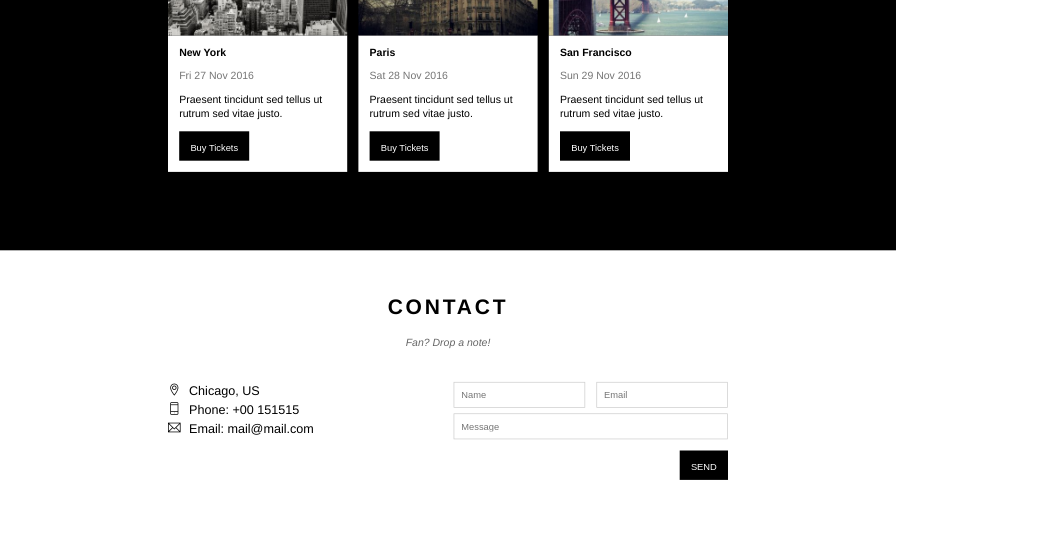
Repository: phongngotrong/w3school_reup
Page: index.html
The author's editor kept a copy of each file at every save. The page is drawn from the files as they stood at one save, then again after the next save.
The browser window is 1280 px wide. The page is 1280 px wide, then 1489 px, so the pictures cover 1489 px, including what lies to the right of the window. The pictures show the part of the page from y = 1791 to 3431 px (the page is 2589 px tall before and 3431 px after), at 70% of full size.

Above is the page before, as saved 2021-12-24 14:31:44.

### index.html
<!DOCTYPE html>
<html lang="en">
  <head>
    <meta charset="UTF-8" />
    <meta http-equiv="X-UA-Compatible" content="IE=edge" />
    <meta name="viewport" content="width=device-width, initial-scale=1.0" />
    <title>W3.CSS Template</title>
    <link rel="stylesheet" href="./assets/css/style.css" />
    <link rel="stylesheet" href="./assets/fonts/themify-icons/themify-icons.css">
  </head>
  <body>
    <div id="main">
      <div id="header">
        <!--Begin: Nav-->
        <ul id="nav">
          <li><a href="">Home</a></li>
          <li><a href="">Band</a></li>
          <li><a href="">Tour</a></li>
          <li><a href="">Contact</a></li>
          <li>
            <a href="">
              More
              <i class="nav-arrow-down ti-angle-down"></i>
            </a>
            <ul class="subnav">
              <ul>
                <li><a href="">Merchandise</a></li>
                <li><a href="">Extras</a></li>
                <li><a href="">Media</a></li>
              </ul>
            </ul>
          </li>
        </ul>
        <!--End: Nav-->

        <!--Begin: Search-->
        <div class="search-btn">
          <i class="search-icon ti-search"></i>
        </div>
        <!--End: Search-->
      </div>

      <div id="slider">
        <div class="text-content">
          <h2 class="text-heading">Chicago</h2>
          <div class="text-description">
            Thank you, Chicago - A night we won't forget.
          </div>
        </div>
      </div>

      <div id="content">
        <!--content section-->
        <div class="content-section">
          <h2 class="section-heading">THE BAND</h2>
          <p class="section-sub-heading">We love music</p>
          <p class="about-text">
            We have created a fictional band website. Lorem ipsum dolor sit
            amet, consectetur adipiscing elit, sed do eiusmod tempor incididunt
            ut labore et dolore magna aliqua. Ut enim ad minim veniam, quis
            nostrud exercitation ullamco laboris nisi ut aliquip ex ea commodo
            consequat. Duis aute irure dolor in reprehenderit in voluptate velit
            esse cillum dolore eu fugiat nulla pariatur. Excepteur sint occaecat
            cupidatat non proident, sunt in culpa qui officia deserunt mollit
            anim id est laborum consectetur adipiscing elit, sed do eiusmod
            tempor incididunt ut labore et dolore magna aliqua. Ut enim ad minim
            veniam, quis nostrud exercitation ullamco laboris nisi ut aliquip ex
            ea commodo consequat.
          </p>
          <div class="row list-member">
            <!--member1-->
            <div class="col col-third text-center">
              <p class="member-name">Name</p>
              <img
                src="./assets/img/member.jpg"
                alt="Name"
                class="avt-member"
              />
            </div>

            <!--member2-->
            <div class="col col-third text-center">
              <div class="member-name">Name</div>
              <img
                src="./assets/img/member.jpg"
                alt="Name"
                class="avt-member"
              />
            </div>
            <!--member3-->

            <div class="col col-third text-center">
              <div class="member-name">Name</div>
              <img
                src="./assets/img/member.jpg"
                alt="Name"
                class="avt-member"
              />
            </div>
            <!-- <div class="clear"></div> -->
          </div>
        </div>
        <!--tour section-->
        <div class="tour-section">
          <div class="content-section">
            <h2 class="section-heading text-white">TOUR DATES</h2>
            <p class="section-sub-heading text-white">
              Remember to book your tickets!
            </p>
            <!-- tickets -->
            <ul class="tickets-list">
              <li>September <span class="sold-out">Sold out</span></li>
              <li>October <span class="sold-out">Sold out</span></li>
              <li>November <span class="quantity">3</span></li>
            </ul>
            <div class="row places-list">
              <!-- place1 -->
              <div class="col col-third">
                <img
                  src="./assets/img/newyork.jpg"
                  alt="New York"
                  class="place-img"
                />
                <div class="places-body">
                  <h3 class="places-heading">New York</h3>
                  <p class="places-time">Fri 27 Nov 2016</p>
                  <p class="place-description">
                    Praesent tincidunt sed tellus ut rutrum sed vitae justo.
                  </p>
                  <button class="btn js-buy-ticket">Buy Tickets</button>
                </div>
              </div>
              <!-- place2 -->

              <div class="col col-third">
                <img
                  src="./assets/img/paris.jpg"
                  alt="New York"
                  class="place-img"
                />
                <div class="places-body">
                  <h3 class="places-heading">Paris</h3>
                  <p class="places-time">Sat 28 Nov 2016</p>
                  <p class="place-description">
                    Praesent tincidunt sed tellus ut rutrum sed vitae justo.
                  </p>
                  <button class="btn js-buy-ticket">Buy Tickets</button>
                </div>
              </div>
              <!-- place3 -->

              <div class="col col-third">
                <img
                  src="./assets/img/sanfran.jpg"
                  alt="New York"
                  class="place-img"
                />
                <div class="places-body">
                  <h3 class="places-heading">San Francisco</h3>
                  <p class="places-time">Sun 29 Nov 2016</p>
                  <p class="place-description">
                    Praesent tincidunt sed tellus ut rutrum sed vitae justo.
                  </p>
                  <button class="btn js-buy-ticket">Buy Tickets</button>
                </div>
              </div>
              <!-- <div class="clear"></div> -->
            </div>
          </div>
        </div>

        <!--contact section-->
        <div class="content-section">
          <h2 class="section-heading">CONTACT</h2>
          <p class="section-sub-heading">Fan? Drop a note!</p>

          <div class="row contact-content">
            <div class="col col-half contact-info">
              <p><i class="ti-location-pin"></i>Chicago, US</p>
              <p><i class="ti-mobile"></i>Phone: +00 151515</p>
              <p><i class="ti-email"></i>Email: mail@mail.com</p>
            </div>
            <div class="col col-half contact-form">
              <form action="">
                <div class="row">
                  <div class="col col-half">
                      <input type="text" name="" required placeholder="Name" id="" class="form-control">
                  </div>
                  <div class="col col-half">
                    <input type="email" name="" required placeholder="Email" id="" class="form-control">
                </div>
                </div>
                <div class="row mt-8">
                  <div class="col col-full">
                    <input type="text" name="" required placeholder="Message" id="" class="form-control">
                </div>
                </div>
                <input class="btn pull-right mt-16" type="submit" value="SEND">
              </form>
            </div>
          </div>
        </div>
      </div>

      <div id="footer"></div>
    </div>

    <div class="modal js-modal">
      <div class="modal-container js-modal-container">
        <div class="modal-close js-modal-close">
          <i class="ti-close"></i>
        </div>
        <header class="modal-header">
          <i class="icon-ti-bag-header ti-bag"></i>
          Tickets
        </header>

        <div class="modal-body">
          <label for="tickets-quantity" class="modal-label">
            <i class="ti-shopping-cart"></i>
            Tickets, $15 per person
          </label>
          <input
            id="tickets-quantity"
            type="text"
            class="modal-input"
            placeholder="How many?"
          />

          <label for="tickets-email" class="modal-label">
            <i class="ti-user"></i>
            Send To
          </label>
          <input
            id="tickets-email"
            type="email"
            class="modal-input"
            placeholder="Enter email "
          />

          <button id="buy-tickets">
            PAY<i class="icon-ti-check-footer ti-check"></i>
          </button>
        </div>

        <footer class="modal-footer">
          <p class="modal-help">Need <a href="">help?</a></p>
        </footer>
      </div>
    </div>

    <script>
      const buyBtns = document.querySelectorAll('.js-buy-ticket')
      const modal = document.querySelector('.js-modal')
      const modalContainer = document.querySelector('.js-modal-container')
      const modalClose = document.querySelector('.js-modal-close')

      // hàm hiển thị modal mua vé(thêm class open vào modal)
      function showBuyTickets() {
        modal.classList.add('open')
      }

      // hàm ẩn modal mua vé(gỡ bỏ class open của modal)
      function hideBuyTickets() {
        modal.classList.remove('open')
      }

      // lặp qua từng thẻ button và nghe hành vi click
      for(const buyBtn of buyBtns) {
        buyBtn.addEventListener('click', showBuyTickets)
      }

      // nghe hành vi click vào button close
      modalClose.addEventListener('click', hideBuyTickets)

      modal.addEventListener('click', hideBuyTickets)

      modalContainer.addEventListener('click', function(event){
        event.stopPropagation()
      })

    </script>
  </body>
</html>

### assets/css/style.css
/* Reset CSS */

* {
  padding: 0;
  margin: 0;
  box-sizing: border-box;
}

html {
  font-family: Helvetica, Arial, sans-serif;
}
/*
  -Từ trên xuống dưới
  -Từ ngoài vào trong
  -Tổng quan đến chi tiết
  */

/*
  1. Vi tri
  2. Kich thuoc
  3. Mau sac
  4. Kieu dang (kieu chu, hinh tron, vuong...)
  */

/* Common */
.text-center {
  text-align: center !important;
}

.row {
  margin-left: -8px;
  margin-right: -8px;
}

/* Tạo element giả */
.row::after {
  content: "";
  display: block;
  clear: both;
}
/*.................*/

.col {
  float: left;
  padding-left: 8px;
  padding-right: 8px;
}

.col-full {
  width: 100%;
}

.col-half {
  width: 50%;
}

.col-third {
  width: 33.33333%;
}

.pull-right {
  float: right;
}

.btn {
  background-color: #000;
  color: #fff;
  text-decoration: none;
  display: inline-block;
  padding: 11px 16px;
  margin-top: 15px;
  padding-top: 16px;
  cursor: pointer;
  border: none;
}

.btn:hover {
  background-color: #ccc;
  color: #000;
}

.mt-8 {
  margin-top: 8px !important;
}

.mt-16 {
  margin-top: 16px !important;
}

.clear {
  clear: both;
}

/* .row::after {
    clear: both;
    display: block;
    content: "";
  } */

.text-white {
  color: #fff !important;
}

/* Main */
#main {
}

#header {
  position: fixed;
  top: 0;
  left: 0;
  right: 0;
  height: 46px;
  background-color: #000;
  z-index: 1;
}

#nav {
  display: inline-block;
}

li {
  list-style-type: none;
}

#nav > li {
  display: inline-block;
}

#nav li {
  position: relative;
}

#nav > li > a {
  color: #fff;
  text-transform: uppercase;
}

#nav li a {
  text-decoration: none;
  line-height: 46px;
  padding: 0 24px;
  display: block;
}

#nav li:hover .subnav {
  display: block;
}

#nav > li:hover > a,
#nav .subnav li:hover a {
  color: #000;
  background-color: #ccc;
}

#nav .subnav {
  display: none;
  min-width: 160px;
  position: absolute;
  background-color: #fff;
  box-shadow: 0 0 10px rgba(0, 0, 0, 0.3);
}

#nav .subnav a {
  color: #000;
  padding: 0 12px;
  line-height: 38px;
}

#nav .nav-arrow-down {
  font-size: 12px;
}

#header .search-btn {
  float: right;
  padding: 0 20px;
  cursor: pointer;
}

#header .search-btn:hover {
  background-color: #f44336;
}

#header .search-icon {
  color: #fff;
  font-size: 20px;
  line-height: 46px;
}

#slider {
  position: relative;
  margin-top: 46px;
  padding-top: 50%;
  background: url("/assets/img/slider.jpg") top center / cover no-repeat;
}

#slider .text-content {
  position: absolute;
  bottom: 47px;
  color: #fff;
  width: 100%;
  text-align: center;
}

#slider .text-heading {
  font-weight: 500;
  font-size: 24px;
}

#slider .text-description {
  font-size: 15px;
  margin-top: 25px;
}

#content {
}

#content .content-section {
  width: 800px;
  padding: 64px 0 112px;
  margin-right: auto;
  margin-left: auto;
}

#content .section-heading {
  text-align: center;
  font-size: 30px;
  letter-spacing: 4px;
}

#content .section-sub-heading {
  font-size: 15px;
  text-align: center;
  margin-top: 25px;
  font-style: italic;
  opacity: 0.6;
}

#content .about-text {
  font-size: 15px;
  margin-top: 15px;
  text-align: justify;
  line-height: 1.4;
}

#content .member-name {
  font-size: 16px;
}

#content .list-member {
  margin-top: 48px;
  /* margin-bottom: 48px;
    overflow: hidden;  */
}

/* #content .item-member {
    float: left;
    width: 33.33333%;
    text-align: center;
  } */

#content .avt-member {
  margin-top: 15px;
  width: 154px;
  border-radius: 4px;
}

/* tour section */
.tour-section {
  background-color: #000;
}
.tickets-list {
  background-color: #fff;
  margin-top: 40px;
  list-style: none;
}

.tickets-list li {
  color: #757575;
  font-size: 15px;
  padding: 11px 16px;
  border-bottom: 1px solid #ddd;
}

.tickets-list .sold-out {
  background-color: #f44336;
  color: #fff;
  padding: 3px 4px;
  margin-left: 16px;
}

.tickets-list .quantity {
  float: right;
  width: 24px;
  height: 24px;
  background-color: #000;
  color: #fff;
  border-radius: 50%;
  line-height: 24px;
  text-align: center;
  margin-top: -3px;
}

/* Places */
.places-list {
  margin-top: 32px;
}

/* .places-item {
    float: left;
    width: 33.33333%;
    padding: 0 8px;
  } */

.place-img {
  width: 100%;
  display: block;
}

.place-img:hover {
  opacity: 0.6;
}

.places-body {
  padding: 16px;
  font-size: 15px;
  background-color: #fff;
}

.places-heading {
  font-size: 15px;
}

.places-time {
  padding-top: 15px;
  color: #757575;
}

.place-description {
  padding-top: 15px;
  line-height: 1.4;
}

.modal {
  position: fixed;
  top: 0;
  bottom: 0;
  right: 0;
  left: 0;
  background-color: rgba(0, 0, 0, 0.4);
  display: none;
  align-items: center;
  justify-content: center;
}

.modal.open {
  display: flex;
}

.modal-container {
  background-color: #fff;
  width: 900px;
  min-height: 200px;
  position: relative;
  max-width: calc(100% -32px);
  animation: modalFadeIn ease 0.4s;
}

.modal-header {
  background-color: #009688;
  color: #fff;
  height: 130px;
  font-size: 30px;
  display: flex;
  align-items: center;
  justify-content: center;
  letter-spacing: 4px;
}

.modal-close:hover {
  background-color: #ccc;
  color: #000;
}

.modal-close {
  position: absolute;
  right: 0;
  top: 0;
  padding: 16px;
  font-size: 12px;
  color: #fff;
  cursor: pointer;
}

.icon-ti-bag-header {
  margin-right: 16px;
}

.modal-body {
  padding: 16px;
}

.modal-label {
  display: block;
  font-size: 15px;
  margin-bottom: 12px;
}

.modal-input {
  border: 1px solid #ccc;
  width: 100%;
  padding: 10px;
  font-size: 15px;
  margin-bottom: 24px;
}

#buy-tickets:hover {
  background-color: #ccc;
  color: #000;
}

#buy-tickets {
  background-color: #009688;
  width: 100%;
  padding: 18px;
  color: #fff;
  border: none;
  text-transform: uppercase;
  font-size: 15px;
  cursor: pointer;
}

.modal-footer {
  padding: 16px;
  text-align: right;
}

.modal-footer a {
  color: #2196f3;
}

/* Contact */
.contact-content {
  margin-top: 48px;
}

.contact-info {
  font-size: 18px;
  line-height: 1.5;
}

.contact-info i[class*="ti-"] {
  width: 30px;
  display: inline-block;
}

.contact-form {
  font-size: 15px;
}

.contact-form .form-control {
  padding: 10px;
  border: 1px solid #ccc;
  width: 100%;
}

/* .contact-form .form-submit-btn {
  background: #000;
  color: #fff;
  border: 1px solid #000;
  padding: 10px 16px;
  float: right;
} */

/* .form-submit-btn:hover {
  background: #ccc;
  color: #000;
  border: none;
  cursor: pointer;
} */

/* footer section */

#footer {
}

/* Tạo hoạt ảnh  */
@keyframes modalFadeIn {
  from {
    opacity: 0;
    transform: translateY(-140px);
  }
  to {
    opacity: 1;
    transform: translateY(0);
  }
}

Loaded but not shown: assets/fonts/themify-icons/themify-icons.css (common file)

After the next save:
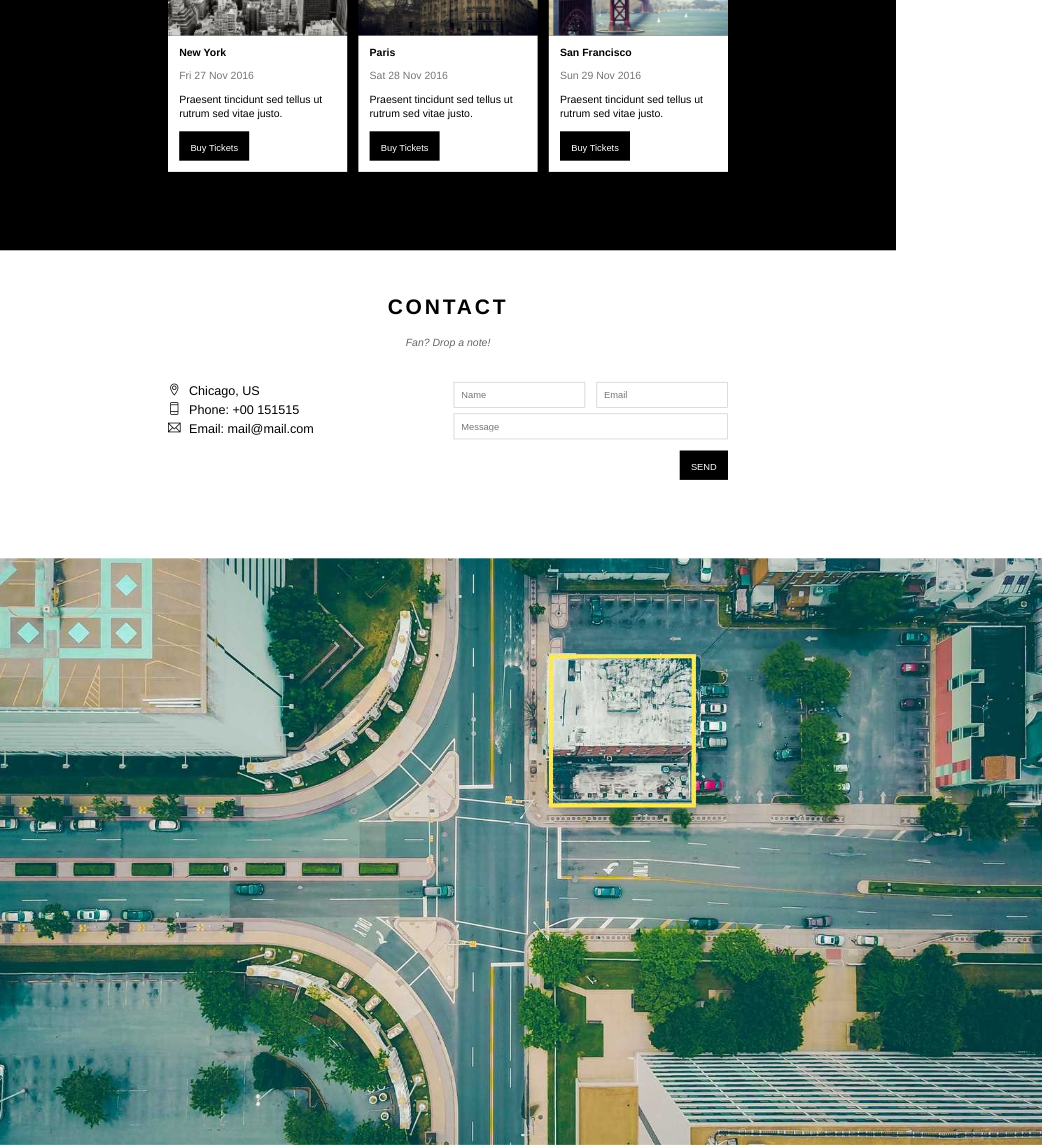
Saved 3 min 30 s later.
--- a/index.html
+++ b/index.html
@@ -169,7 +169,7 @@
           </div>
         </div>
 
-        <!--contact section-->
+        <!-- Begin: contact section-->
         <div class="content-section">
           <h2 class="section-heading">CONTACT</h2>
           <p class="section-sub-heading">Fan? Drop a note!</p>
@@ -199,6 +199,10 @@
               </form>
             </div>
           </div>
+        </div>
+        <!-- End: contact section-->
+        <div class="map section">
+          <img src="./assets/img/map.jpg" alt="">
         </div>
       </div>
 
